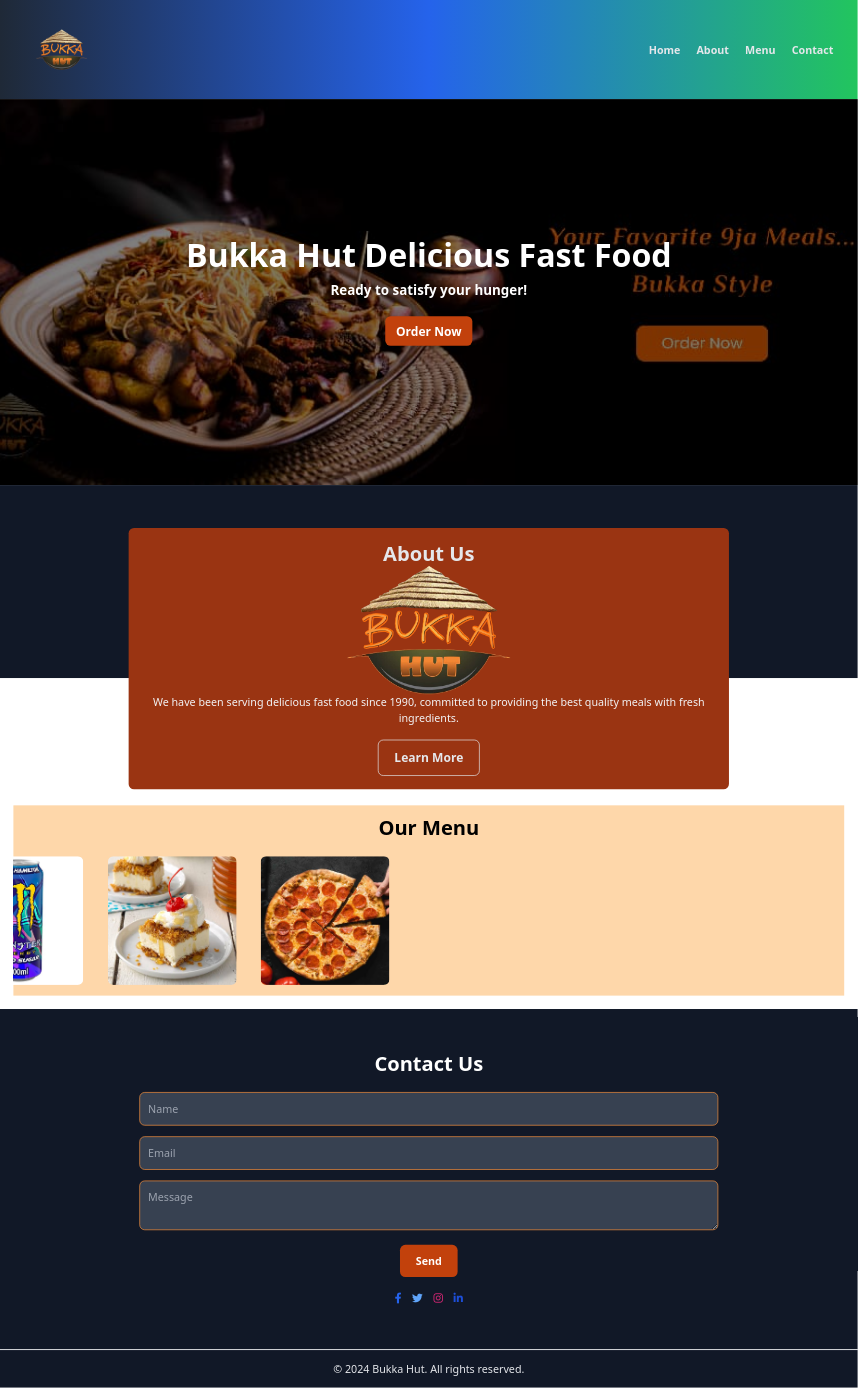
Repository: countaustin1990/BUKKAHUT
Page: INDEX.HTML
These files come from the project's save history. The page is drawn as it stood at one moment and after the next save; the edit follows.
The browser window is 1280 px wide. The pictures show the whole page, at 67% of full size.
Some web libraries are served in a nearby version.

Above is the page before, as saved 2024-08-25 01:32:37.
Console error: TypeError: Cannot read properties of null (reading 'addEventListener')

### INDEX.HTML
<!DOCTYPE html>
<html lang="en">
<head>
    <meta charset="UTF-8">
    <meta name="viewport" content="width=device-width, initial-scale=1.0">
    <title>Fast Food Restaurant</title>
    <link rel="stylesheet" href="style.css"/>
    <script src="https://cdn.tailwindcss.com"></script>
    <link rel="stylesheet" href="https://cdnjs.cloudflare.com/ajax/libs/font-awesome/6.0.0-beta3/css/all.min.css">
        <style>
        @keyframes scroll {
            0% {
                transform: translateX(0);
            }
            100% {
                transform: translateX(-100%);
            }
        }

        .animate-scroll {
            display: inline-flex;
            animation: scroll 10s linear infinite;
        }
    </style>
</head>
<body class="font-sans antialiased">
      <!-- Back to Top Button -->
    <button id="backToTop" class="fixed bottom-8 right-8 text-bold bg-orange-700 text-gray-800 p-4 rounded-full shadow-lg hover:bg-orange-600 transition-transform transform hover:scale-110 mb-3">
        <svg xmlns="http://www.w3.org/2000/svg" class="h-6 w-6 text-gray-800 mx-auto" fill="none" viewBox="0 0 24 24" stroke="currentColor" stroke-width="2">
            <path stroke-linecap="round" stroke-linejoin="round" d="M5 10l7-7m0 0l7 7m-7-7v18" />
        </svg> <!-- Upward arrow character -->
    </button>



         <!-- Navigation -->
  <nav class="shadow-md bg-gradient-to-r from-gray-800 via-blue-600 to-green-500 text-gray-200 p-5">
    <div class="container mx-auto px-4 py-2 flex items-center justify-between">
      <div class="text-2xl font-bold text-blue-600">
        <a href="#" class="flex flex-col lg:flex-row items-center lg:space-x-8 p-4">
          <img src="Logo-r.png" alt="Bukka Hut" width="80">
          </a>
      </div>
      <div class="hidden md:flex space-x-6">
        <a href="index.html" class="text-gray-200 hover:text-orange-700 font-bold">Home</a>
        <a href="About.html" class="text-gray-200 hover:text-orange-700 font-bold">About</a>
        <a href="Menu.html" class="text-gray-200 hover:text-orange-700 font-bold">Menu</a>
        <a href="./Contact.main.html" class="text-gray-200 hover:text-orange-700 font-bold">Contact</a>
      </div>
      <div class="md:hidden">
        <button id="menu-button" class="text-white focus:outline-none">
          <svg xmlns="http://www.w3.org/2000/svg" fill="none" viewBox="0 0 24 24" stroke="currentColor" class="w-6 h-6">
            <path stroke-linecap="round" stroke-linejoin="round" stroke-width="2" d="M4 6h16M4 12h16M4 18h16" />
          </svg>
        </button>
      </div>
    </div>

    <!-- Mobile Menu -->
    <div id="mobile-menu" class="hidden md:hidden bg-gray-900 shadow-md">
      <a href="test.html" class="block px-4 py-2 text-white hover:bg-orange-600">Home</a>
      <a href="./About.html" class="block px-4 py-2 text-white hover:bg-orange-600">About</a>
      <a href="./Menu.html" class="block px-4 py-2 text-white hover:bg-orange-600">Menu</a>
      <a href="./Contact.main.html" class="block px-4 py-2 text-white hover:bg-orange-600">Contact</a>
    </div>
  </nav>
    <!-- Hero Section -->
    <header id="home" class="bg-cover bg-center h-screen" style="background-image: url('hero.jpg');">
    <div class="flex flex-col items-center justify-center h-full bg-black bg-opacity-50 text-center text-white">
        <h1 class="text-5xl font-bold mb-4">Bukka Hut Delicious Fast Food</h1>
        <p class="text-xl mb-6 font-semibold">Ready to satisfy your hunger!</p>
        <a href="Menu.html" class="bg-orange-700 hover:bg-orange-600 text-white py-2 px-4 rounded-lg text-lg font-bold">Order Now</a>
    </div>
</header>

 <!-- Search Bar Section
    <section-- class="py-16 bg-gray-900 text-white">
        <div class="max-w-4xl mx-auto px-4 text-center">
            <h2 class="text-4xl font-bold mb-6">Search Our Menu</h2>
            <div class="relative">
                <input id="searchInput" type="text" placeholder="Search for dishes, drinks, or desserts..."
                    class="w-full p-4 rounded-lg bg-gray-700 border border-orange-400 focus:outline-none focus:ring-2 focus:ring-yellow-500">
                <button id="searchButton"
                    class="absolute right-0 top-0 mt-4 mr-4 bg-orange-700 hover:bg-orange-600 text-white py-2 px-4 rounded-lg font-semibold">
                    Search
                </button>
            </div>
            <ul id="resultsList" class="mt-6 text-left"></ul>
        </div>
    </section-->


        <!-- About Us Section -->
    <section id="about" class="py-16 bg-gray-900 mb-3">
      <div class="max-w-4xl mx-auto text-center px-4 bg-orange-800 p-5 rounded-lg mb-3">
        <h2 class="text-3xl font-bold text-gray-200">About Us</h2>
        <img src="Logo-r.png" alt="Logo" class="inline-block h-48 mx-2">
        <p class="text-gray-100 mb-5">We have been serving delicious fast food since 1990, committed to providing the best quality meals with fresh ingredients.</p>
        <button class="py-3 px-6 rounded-lg border border-gray-200 text-gray-200 hover:bg-orange-600 hover:text-white rounded font-semibold text-lg">
  Learn More
</button>
      </div>
    </section>
                <!-- Repeat similar structure for other menu items
            </div>
            </section>
            <div class="overflow-x-auto whitespace-nowrap py-4 px-6 bg-white mt-5 container">
              <h2 class="text-3xl text-center font-bold mb-6">Our Menu</h2>
              <div--- class="animate-scroll">
                <a href="Menu.html">
                <img src="burger.jpg" alt="Burger" class="inline-block h-48 mx-2">
                <img src="fries.jpg" alt="Fries" class="inline-block h-48 mx-2">
                <img src="drink.jpg" alt="Drink" class="inline-block h-48 mx-2">
                <img src="dessert.jpg" alt="Dessert" class="inline-block h-48 mx-2">
                <img src="pizza.jpg" alt="Pizza" class="inline-block h-48 mx-2">
                </a>
                 Repeat images as needed to fill the scroll area

            </div--->



<!--------------------------------------------------------------------------------------------->
  <section class="flex justify-center items-center p-5 container mx-auto vote">
  <div class="overflow-x-auto whitespace-nowrap py-4 px-6 bg-orange-200 mt-5 container mx-auto">
    <h2 class="text-3xl text-center font-bold mb-6">Our Menu</h2>
    <div class="animate-scroll">
      <a href="Menu.html">
        <img src="burger.jpg" alt="Burger" class="inline-block h-48 mx-4 rounded-lg">
        <img src="fries.jpg" alt="Fries" class="inline-block h-48 mx-4 rounded-lg">
        <img src="drink.jpg" alt="Drink" class="inline-block h-48 mx-4 rounded-lg">
        <img src="dessert.jpg" alt="Dessert" class="inline-block h-48 mx-4 rounded-lg">
        <img src="pizza.jpg" alt="Pizza" class="inline-block h-48 mx-4 rounded-lg">
      </a>
      <!-- Repeat images as needed to fill the scroll area -->
    </div>
  </div>
</section>



    <!-- Contact Section -->
    <section id="contact" class="py-16 bg-gray-900 text-white">
        <div class="max-w-4xl mx-auto text-center px-4">
            <h2 class="text-3xl font-bold mb-6">Contact Us</h2>
            <form class="space-y-4">
                <input type="text" placeholder="Name" required class="w-full p-3 rounded-lg bg-gray-700 border border-orange-400 focus:outline-none focus:ring-2 focus:ring-yellow-500">
                <input type="email" placeholder="Email" required class="w-full p-3 rounded-lg bg-gray-700 border border border-orange-400 focus:outline-none focus:ring-2 focus:ring-yellow-500">
                <textarea placeholder="Message" required class="w-full p-3 rounded-lg bg-gray-700 border border border-orange-400 focus:outline-none focus:ring-2 focus:ring-yellow-500"></textarea>
                <button type="submit" class="bg-orange-700 hover:bg-gray-700 text-white py-3 px-6 rounded-lg font-semibold">Send</button>
            </form>
        </div>
        <div class="flex justify-center space-x-4 mt-5 font-bold">
  <a href="https://facebook.com" class="text-blue-600 hover:text-blue-800">
    <i class="fab fa-facebook-f text-2x1"></i>
  </a>
  <a href="https://twitter.com" class="text-blue-400 hover:text-blue-600">
    <i class="fab fa-twitter text-2x1"></i>
  </a>
  <a href="https://instagram.com" class="text-pink-600 hover:text-pink-800">
    <i class="fab fa-instagram text-2x1"></i>
  </a>
  <a href="https://linkedin.com" class="text-blue-700 hover:text-blue-900">
    <i class="fab fa-linkedin-in text-2x1"></i>
  </a>
</div>
    </section>
<hr class="text-gray-300">
    <!-- Footer -->
    <footer class="bg-gray-900 text-center text-gray-200 py-4">
        <p>&copy; 2024 Bukka Hut. All rights reserved.</p>
    </footer>

 <script src="main.js"></script>
</body>
</html>

### style.css
/*CSS*/

#backToTop {
  z-index: 1000;
}

#home {
    height: 80svh;
}

#about {
    height: 40svh;
    margin-bottom: 150px;
}
.vote {
    margin-top: 20px;
}

### main.js
const menuButton = document.getElementById('menu-button');
const mobileMenu = document.getElementById('mobile-menu');

menuButton.addEventListener('click', () => {
  mobileMenu.classList.toggle('hidden');
});

// Animate the scroll
const scrollContainer = document.querySelector('.animate-scroll');

function startScrolling() {
  const width = scrollContainer.scrollWidth;
  scrollContainer.style.animation = `scroll ${width / 100}s linear infinite`;
}

// Start the scroll animation once the DOM is fully loaded
window.addEventListener('load', startScrolling);

document.addEventListener("DOMContentLoaded", function() {
  function toggleText(buttonId, textId) {
    const button = document.getElementById(buttonId);
    const text = document.getElementById(textId);
    button.addEventListener("click", function(event) {
      event.preventDefault();
      if (text.classList.contains("hidden")) {
        text.classList.remove("hidden");
        button.textContent = "Read Less";
      } else {
        text.classList.add("hidden");
        button.textContent = "Read More";
      }
    });
  }

  toggleText("toggleButton4", "moreText4");
  toggleText("toggleButton1", "moreText1");
  toggleText("toggleButton2", "moreText2");
  toggleText("toggleButton3", "moreText3");
});


// JavaScript to handle "Back to Top" button visibility and functionality
const backToTopButton = document.getElementById('backToTop');

// Show button when scrolled down 100px from the top
window.addEventListener('scroll', () => {
  if (window.scrollY > 100) {
    backToTopButton.classList.remove('hidden');
  } else {
    backToTopButton.classList.add('hidden');
  }
});

// Smooth scroll to top when button is clicked
backToTopButton.addEventListener('click', () => {
  window.scrollTo({
    top: 0,
    behavior: 'smooth'
  });
});

//SEO script
  document.getElementById('searchButton').addEventListener('click', function () {
            const searchQuery = document.getElementById('searchInput').value.toLowerCase();
            const menuItems = document.querySelectorAll('#menuItems li');
            const resultsList = document.getElementById('resultsList');
            resultsList.innerHTML = '';

            menuItems.forEach(function (item) {
                if (item.textContent.toLowerCase().includes(searchQuery)) {
                    const li = document.createElement('li');
                    li.textContent = item.textContent;
                    li.classList.add('p-2', 'bg-gray-800', 'rounded-lg', 'mt-2');
                    resultsList.appendChild(li);
                }
            });

            if (resultsList.innerHTML === '') {
                resultsList.innerHTML = '<li class="p-2 bg-gray-800 rounded-lg mt-2">No results found</li>';
            }
        });

        document.getElementById('searchInput').addEventListener('keypress', function (e) {
            if (e.key === 'Enter') {
                document.getElementById('searchButton').click();
            }
        });

After the next save:
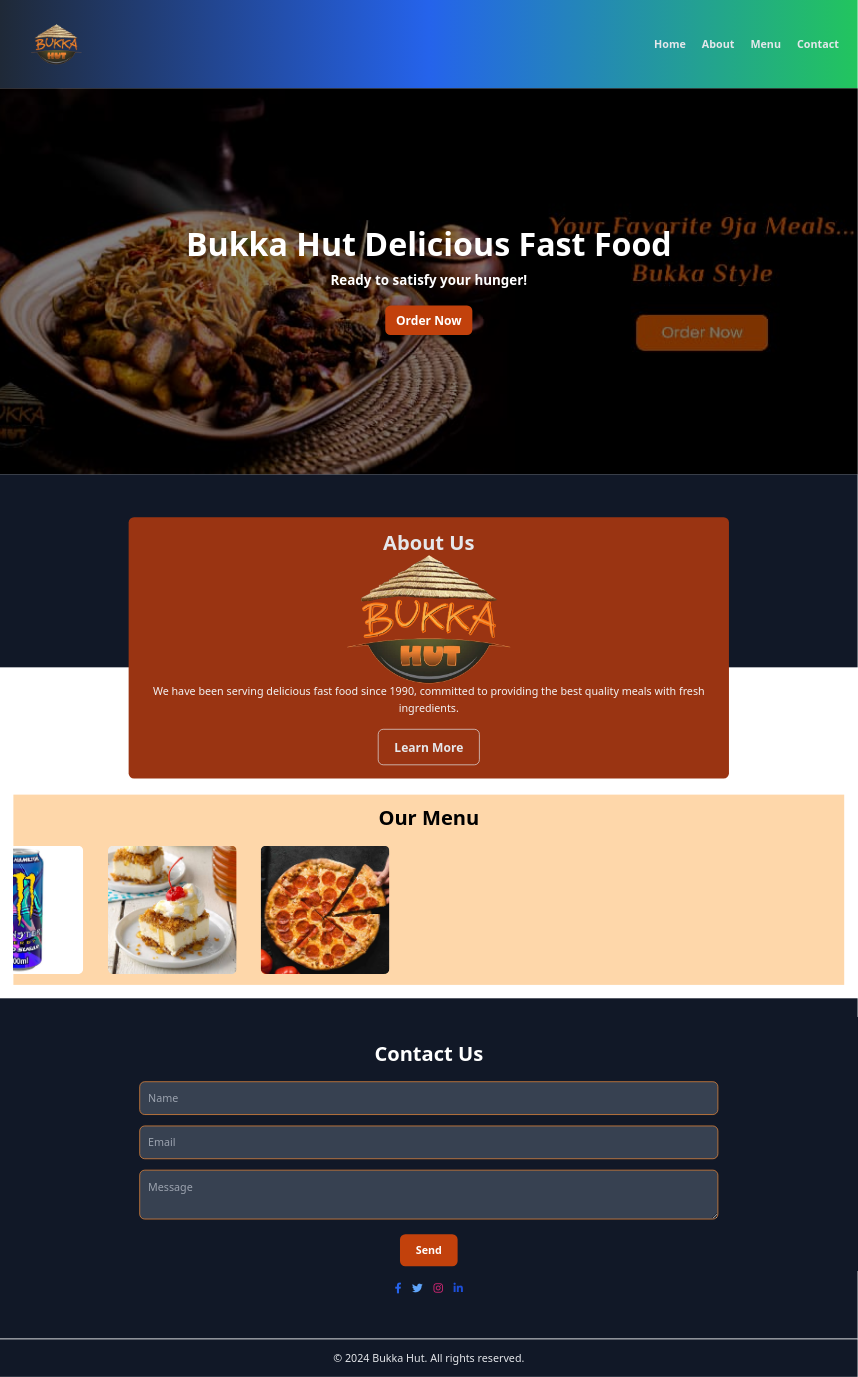
Saved 93 s later.
--- a/INDEX.HTML
+++ b/INDEX.HTML
@@ -34,7 +34,7 @@
 
 
          <!-- Navigation -->
-  <nav class="shadow-md bg-gradient-to-r from-gray-800 via-blue-600 to-green-500 text-gray-200 p-5">
+  <nav class="shadow-md bg-gradient-to-r from-gray-800 via-blue-600 to-green-500 text-gray-200 p-3">
     <div class="container mx-auto px-4 py-2 flex items-center justify-between">
       <div class="text-2xl font-bold text-blue-600">
         <a href="#" class="flex flex-col lg:flex-row items-center lg:space-x-8 p-4">
